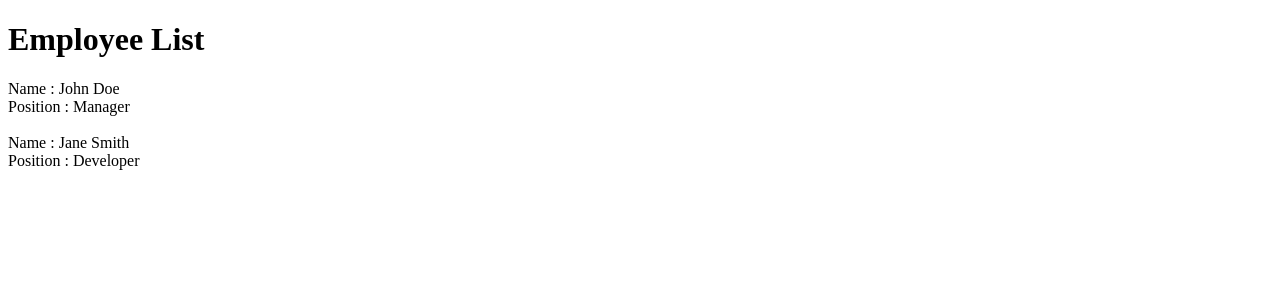
Repository: LeeJaeweon/JSP-
Page: http://localhost/SSS/upload.jsp
An editor plug-in stored every save of this project. The page is shown before and after the next save, followed by the edit.
The browser window is 1280 px wide. The pictures show the whole page.
The page is served by Tomcat 9.

Above is the page before, as saved 2023-10-11 15:44:36.

After the next save:
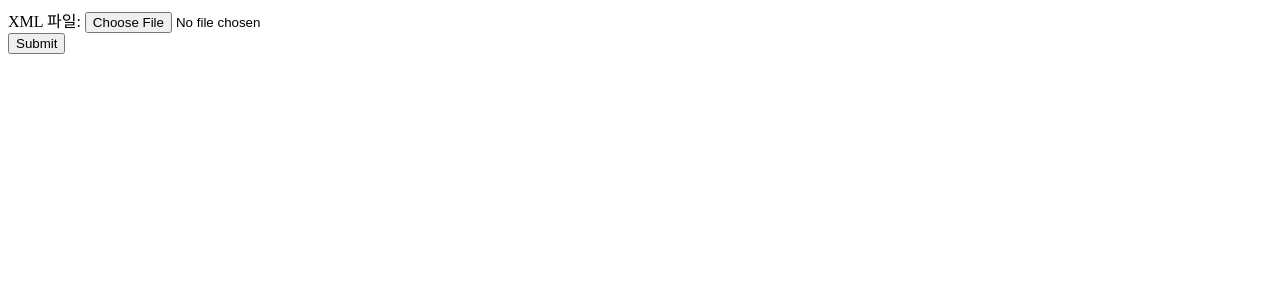
Saved 5 min 18 s later.
--- a/SSS/src/main/webapp/upload.jsp
+++ b/SSS/src/main/webapp/upload.jsp
@@ -1,41 +1,9 @@
-<%@page import="javax.xml.parsers.DocumentBuilderFactory"%>
-<%@page import="javax.xml.parsers.DocumentBuilder"%>
-<%@page import="org.w3c.dom.Document"%>
-<%@page import="org.w3c.dom.NodeList"%>
-<%@page import="org.w3c.dom.Node"%>
-<%@page import="org.w3c.dom.Element"%>
-<%@page contentType="text/html" pageEncoding="UTF-8"%>
-<!DOCTYPE html>
+<%@ page language="java" contentType="text/html; charset=UTF-8" pageEncoding="UTF-8"%>
 <html>
-<head>
-    <title>XML Parsing in JSP</title>
-</head>
 <body>
-    <h1>Employee List</h1>
-    <%
-        try {
-            String filePath = application.getRealPath("/sample.xml"); // 절대 경로 얻기
-            DocumentBuilderFactory dbFactory = DocumentBuilderFactory.newInstance();
-            DocumentBuilder dBuilder = dbFactory.newDocumentBuilder();
-            Document doc = dBuilder.parse(filePath);
-
-            // normalize XML structure
-            doc.getDocumentElement().normalize();
-
-            NodeList nodeList = doc.getElementsByTagName("employee");
-
-            for (int i = 0; i < nodeList.getLength(); i++) {
-                Node node = nodeList.item(i);
-
-                if (node.getNodeType() == Node.ELEMENT_NODE) {
-                    Element element = (Element) node;
-                    out.print("Name : " + element.getElementsByTagName("name").item(0).getTextContent() + "<br>");
-                    out.print("Position : " + element.getElementsByTagName("position").item(0).getTextContent() + "<br><br>");
-                }
-            }
-        } catch (Exception e) {
-            e.printStackTrace();
-        }
-    %>
+    <form action="process.jsp" method="post" enctype="multipart/form-data">
+        XML 파일: <input type="file" name="xmlFile"><br>
+        <input type="submit" value="Submit">
+    </form>
 </body>
 </html>
